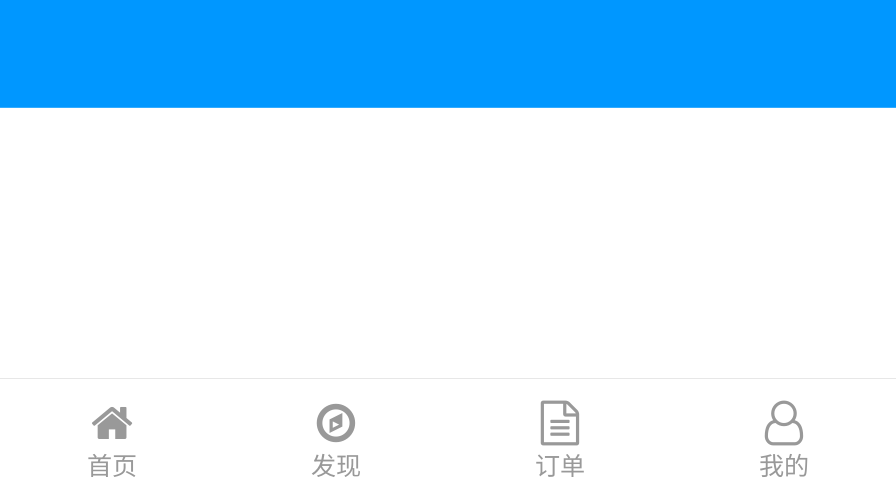
Repository: F000top/ele
Page: businessList.html
The author's editor kept a copy of each file at every save. The page is drawn from the files as they stood at one save, then again after the next save.
The browser window is 1280 px wide. The pictures show the part of the page from y = 0 to 1920 px (the page is 720 px tall before and 2902 px after), at 70% of full size.

Above is the page before, as saved 2022-06-07 22:20:38.

After the next save:
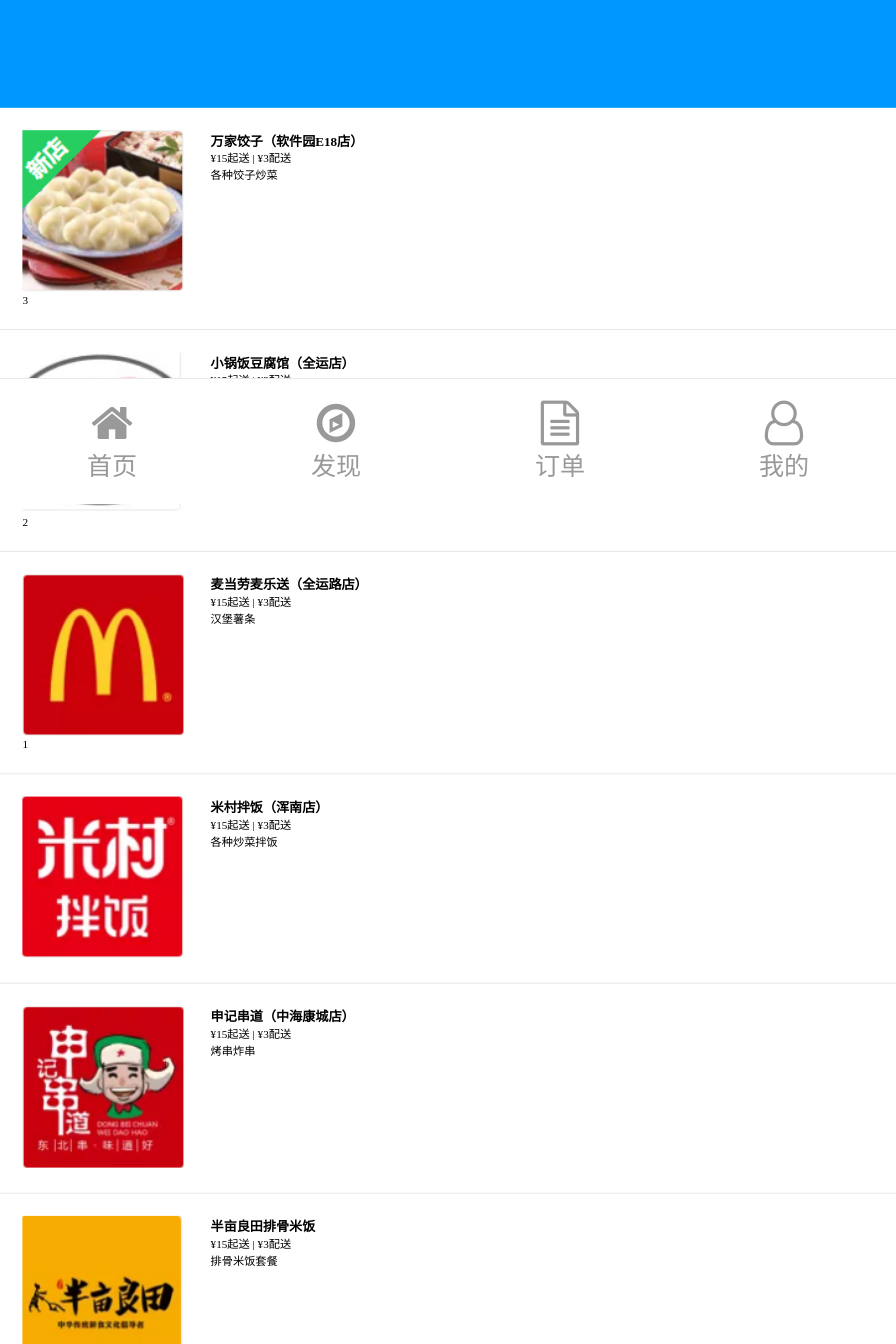
Saved 28 s later.
--- a/businessList.html
+++ b/businessList.html
@@ -23,6 +23,101 @@
 
 
         <!-- 商家列表 -->
+        <ul class="business">
+            <li onclick="location.href='businessInfo.html'">
+                <div class="business-img">
+                    <img src="img/sj01.png">
+                    <div class="business-img-quantity">3</div>
+                </div>
+                <div class="business-info">
+                    <h3>万家饺子（软件园E18店）</h3>
+                    <p>&#165;15起送 | &#165;3配送</p>
+                    <p>各种饺子炒菜</p>
+                </div>
+            </li>
+            <li onclick="location.href='businessInfo.html'">
+                <div class="business-img">
+                    <img src="img/sj02.png">
+                    <div class="business-img-quantity">2</div>
+                </div>
+                <div class="business-info">
+                    <h3>小锅饭豆腐馆（全运店）</h3>
+                    <p>&#165;15起送 | &#165;3配送</p>
+                    <p>特色美食</p>
+                </div>
+            </li>
+            <li onclick="location.href='businessInfo.html'">
+                <div class="business-img">
+                    <img src="img/sj03.png">
+                    <div class="business-img-quantity">1</div>
+                </div>
+                <div class="business-info">
+                    <h3>麦当劳麦乐送（全运路店）</h3>
+                    <p>&#165;15起送 | &#165;3配送</p>
+                    <p>汉堡薯条</p>
+                </div>
+            </li>
+            <li onclick="location.href='businessInfo.html'">
+                <div class="business-img">
+                    <img src="img/sj04.png">
+                </div>
+                <div class="business-info">
+                    <h3>米村拌饭（浑南店）</h3>
+                    <p>&#165;15起送 | &#165;3配送</p>
+                    <p>各种炒菜拌饭</p>
+                </div>
+            </li>
+            <li onclick="location.href='businessInfo.html'">
+                <div class="business-img">
+                    <img src="img/sj05.png">
+                </div>
+                <div class="business-info">
+                    <h3>申记串道（中海康城店）</h3>
+                    <p>&#165;15起送 | &#165;3配送</p>
+                    <p>烤串炸串</p>
+                </div>
+            </li>
+            <li onclick="location.href='businessInfo.html'">
+                <div class="business-img">
+                    <img src="img/sj06.png">
+                </div>
+                <div class="business-info">
+                    <h3>半亩良田排骨米饭</h3>
+                    <p>&#165;15起送 | &#165;3配送</p>
+                    <p>排骨米饭套餐</p>
+                </div>
+            </li>
+            <li onclick="location.href='businessInfo.html'">
+                <div class="business-img">
+                    <img src="img/sj07.png">
+                </div>
+                <div class="business-info">
+                    <h3>茶兮鲜果饮品（国际软件园店）</h3>
+                    <p>&#165;15起送 | &#165;3配送</p>
+                    <p>甜品饮品</p>
+                </div>
+            </li>
+            <li onclick="location.href='businessInfo.html'">
+                <div class="business-img">
+                    <img src="img/sj08.png">
+                </div>
+                <div class="business-info">
+                    <h3>唯一水果捞（软件园E18店）</h3>
+                    <p>&#165;15起送 | &#165;3配送</p>
+                    <p>新鲜水果</p>
+                </div>
+            </li>
+            <li onclick="location.href='businessInfo.html'">
+                <div class="business-img">
+                    <img src="img/sj09.png">
+                </div>
+                <div class="business-info">
+                    <h3>满园春饼（全运路店）</h3>
+                    <p>&#165;15起送 | &#165;3配送</p>
+                    <p>各种春饼</p>
+                </div>
+            </li>
+        </ul>
 
 
 
